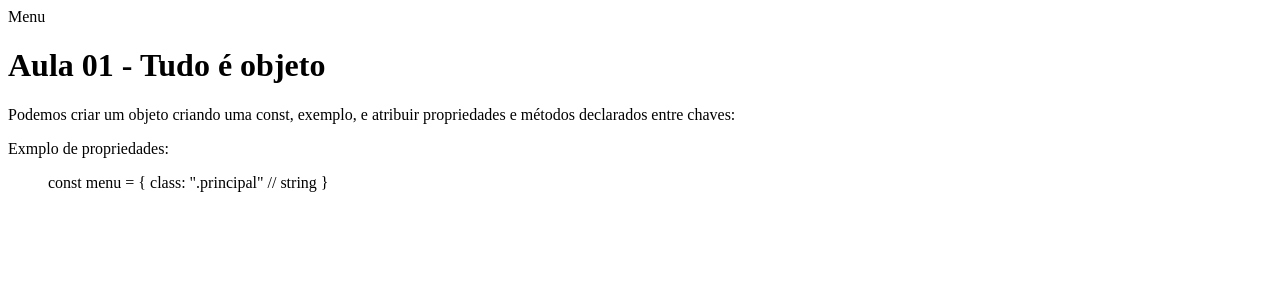
Repository: rvlyra/Js-Estudos-Aplicados
Page: Js - Estudos Aplicados/01-Tudo_e_objeto/index.html
The author's editor kept a copy of each file at every save. The page is drawn from the files as they stood at one save, then again after the next save.
The browser window is 1280 px wide. The pictures show the whole page.

Above is the page before, as saved 2022-07-05 20:19:09.

After the next save:
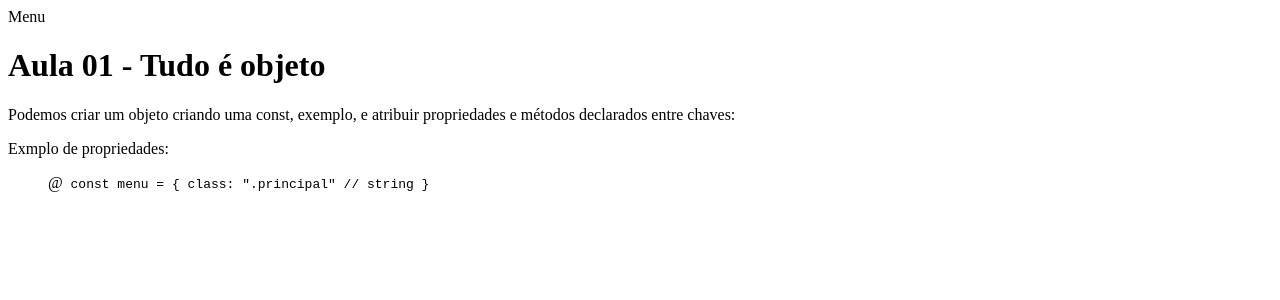
Saved 14 s later.
--- a/Js - Estudos Aplicados/01-Tudo_e_objeto/index.html
+++ b/Js - Estudos Aplicados/01-Tudo_e_objeto/index.html
@@ -18,9 +18,12 @@
         Exmplo de propriedades:
 
         <blockquote>
-            const menu = {
-                class:  ".principal" // string
-            }
+            @<code>
+
+                const menu = {
+                    class:  ".principal" // string
+                }
+            </code>
         </blockquote>
 
     </p>
